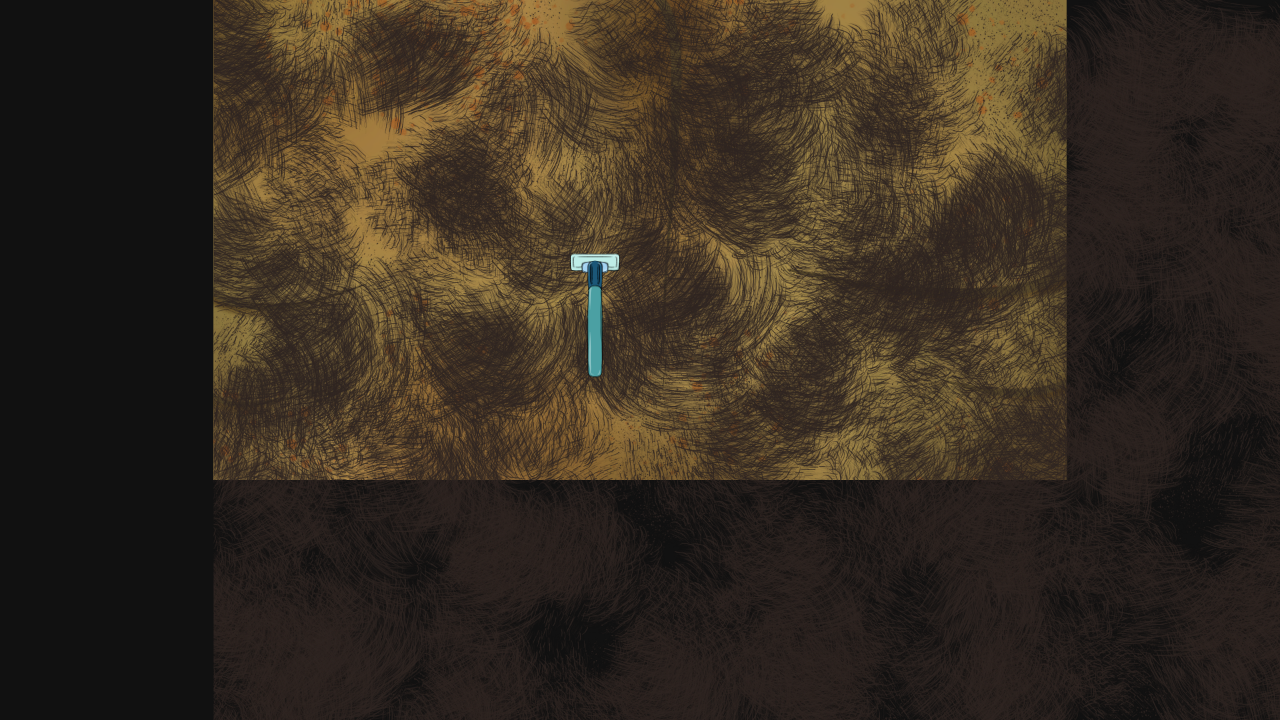
Repository: MaiCrespo/Shave-My-Back
Page: index.html
The author's editor kept a copy of each file at every save. The page is drawn from the files as they stood at one save, then again after the next save.
The browser window is 1280 px wide. The pictures show the whole page.

Above is the page before, as saved 2026-01-26 21:08:54.

After the next save:
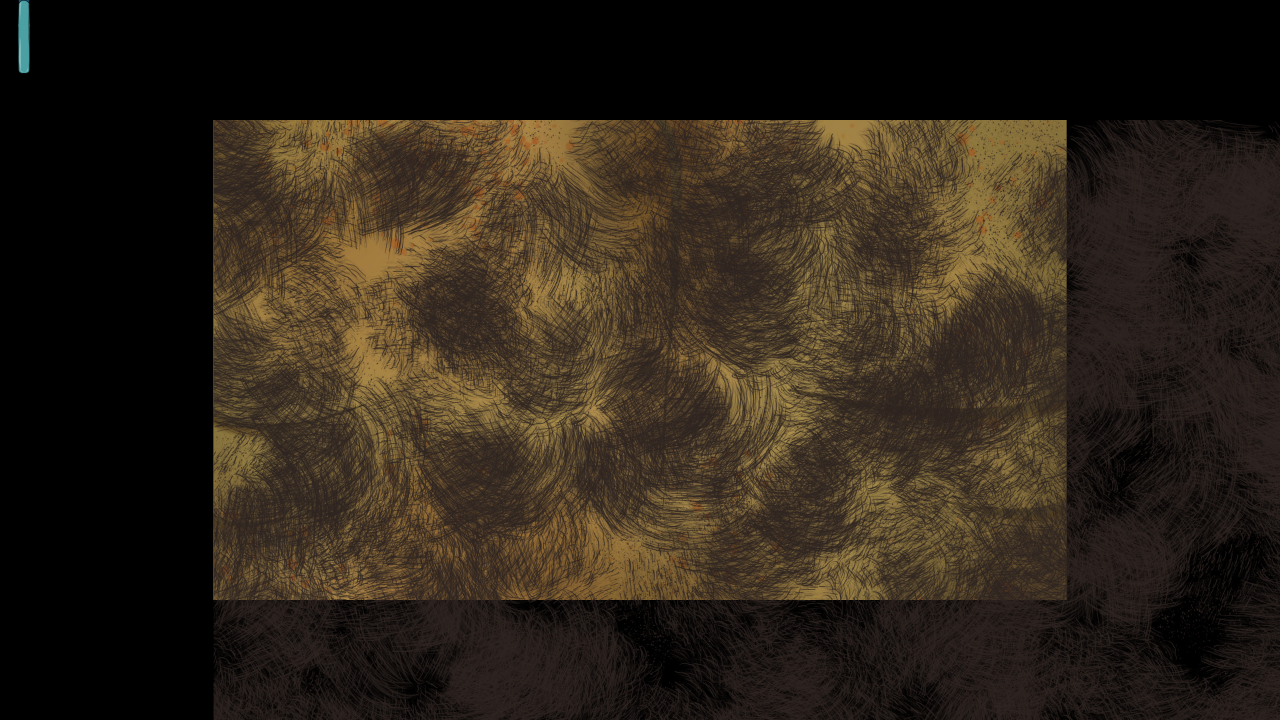
Saved 94 s later.
--- a/index.html
+++ b/index.html
@@ -4,6 +4,10 @@
     <meta charset="UTF-8" />
     <title>Shave My Back Simulator</title>
     <style>
+      /* Remove all default spacing and scrollbars */
+      * {
+        box-sizing: border-box;
+      }
       body,
       html {
         margin: 0;
@@ -11,40 +15,41 @@
         width: 100%;
         height: 100%;
         overflow: hidden;
-        background-color: #111;
-        display: flex;
-        justify-content: center;
-        align-items: center;
+        background: #000;
         cursor: none;
       }
+
       #game-container {
-        /* Fixed Aspect Ratio based on 1920x1080 */
-        width: 1920px;
-        height: 1080px;
+        width: 100vw;
+        height: 100vh;
+        /* Skin asset will now stretch to fill the entire screen */
         background-image: url("assets/Skin.png");
-        background-size: contain;
-        background-repeat: no-repeat;
+        background-size: cover;
+        background-position: center;
         position: relative;
-        /* Scaled to fit window while keeping 1920x1080 ratio */
-        transform-origin: center;
       }
+
       canvas {
+        display: block;
         position: absolute;
         top: 0;
         left: 0;
         z-index: 10;
       }
+
       #razor {
         position: fixed;
         pointer-events: none;
-        width: 150px;
+        width: 120px;
         z-index: 1000;
+        /* Adjust offset so the blade hits the cursor point */
         transform: translate(-30%, -30%);
       }
+
       .wound {
         position: absolute;
         pointer-events: none;
-        width: 100px;
+        width: 80px;
         z-index: 5;
       }
     </style>
